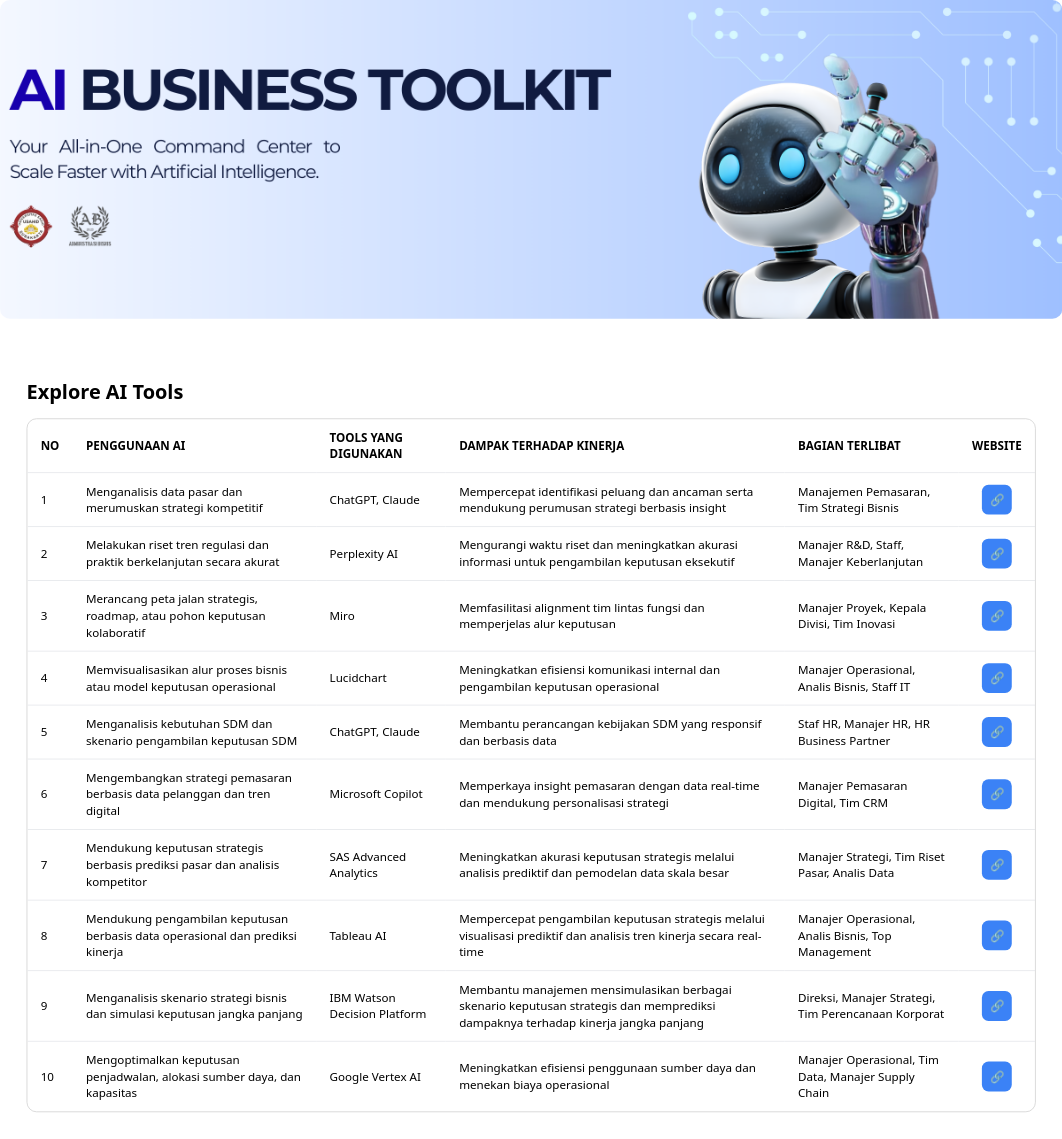
Repository: MUHAMADTEGARWIJAYA/AI-BUSINESS-TOOLKIT
Page: /ai/strategi
These files come from the project's save history. The page is drawn as it stood at one moment and after the next save; the edit follows.
The browser window is 1280 px wide. The pictures show the whole page, at 83% of full size.
The project was rebuilt for these pictures with package versions that can differ from the ones it lists, and the page was loaded fresh each time. Also part of the build but not shown: vite.config.js, src/views/NamaFloating.vue, src/views/FooterView.vue, src/views/HomeView.vue, src/views/AiOperansional.vue, src/views/AiSdm.vue, src/views/AiPemasaran.vue, src/views/TestAurora.vue and 1 more. Imported but missing from the stored project, and not drawn on this page: src/component/Aurora/Aurora.vue.

Above is the page before, as saved 2026-01-11 19:35:56.

### index.html
<!DOCTYPE html>
<html lang="">
  <head>
    <meta charset="UTF-8">
    <link rel="icon" href="/favicon.ico">
    <meta name="viewport" content="width=device-width, initial-scale=1.0">
    <title>AI Tools Kit</title>
  </head>
  <body>
    <div id="app"></div>
    <script type="module" src="/src/main.js"></script>
  </body>
</html>

### src/router/index.js
import { createRouter, createWebHistory } from 'vue-router'
import HomeView from '../views/HomeView.vue'
import AiOperansional from '../views/AiOperansional.vue'
import AiSdm from '../views/AiSdm.vue'
import AiStrategi from '../views/AiStrategi.vue'
import AiPemasaran from '@/views/AiPemasaran.vue'
import TestAurora from '@/views/TestAurora.vue'
import AiKeuanganAkuntansi from '@/views/AiKeuanganAkuntansi.vue'
const router = createRouter({
  history: createWebHistory(import.meta.env.BASE_URL),
  routes: [
    {
      path: '/test',
      name: 'test',
      component: TestAurora,
    },
    {
      path: '/',
      name: 'home',
      component: HomeView,
    },
    {
      path: '/ai/operasional',
      name: 'ai-operansional',
      component: AiOperansional,
    },
    {
      path: '/ai/sdm',
      name: 'ai-sdm',
      component: AiSdm,
    },
    {
      path: '/ai/strategi',
      name: 'ai-strategi',
      component: AiStrategi,
    },
    {
      path: '/ai/pemasaran',
      name: 'ai-pemasaran',
      component: AiPemasaran,
    },
    {
      path: '/ai/keuangan',
      name: 'ai-keuangan',
      component: AiKeuanganAkuntansi,
    },

  ],
})

export default router

### src/views/AiStrategi.vue
<script setup>
import { aistrategi } from '@/data/data.js'
</script>

<template>
  <div class="min-h-screen bg-white">
    <div class="w-full max-w-full mb-10">
      <!-- Background Image -->
      <div
        class="w-full h-96 rounded-xl bg-cover bg-no-repeat bg-center"
        style="background-image: url('/ai.png')"
      ></div>
    </div>

    <div class="p-8">
      <h1 class="text-black text-2xl font-bold mb-4">Explore AI Tools</h1>
      <div class="overflow-x-auto border bg-white border-neutral-300 rounded-xl">
        <table class="min-w-full text-sm text-left">
          <!-- Header -->
          <thead class="text-black uppercase">
            <tr>
              <th class="px-4 py-3">No</th>
              <th class="px-4 py-3">Penggunaan AI</th>
              <th class="px-4 py-3">Tools yang Digunakan</th>
              <th class="px-4 py-3">Dampak terhadap Kinerja</th>
              <th class="px-4 py-3">Bagian Terlibat</th>
              <th class="px-4 py-3 text-center">Website</th>
            </tr>
          </thead>

          <!-- Body -->
          <tbody>
            <tr v-for="(item, index) in aistrategi" :key="item.id" class="border-t transition">
              <td class="px-4 py-3 text-black">
                {{ index + 1 }}
              </td>
              <td class="px-4 py-3 text-black font-medium">
                {{ item.usage }}
              </td>
              <td class="px-4 py-3 text-black">
                {{ item.tools }}
              </td>
              <td class="px-4 py-3 text-black">
                {{ item.impact }}
              </td>
              <td class="px-4 py-3 text-black">
                {{ item.department }}
              </td>
              <td class="px-4 py-3 text-center">
                <a
                  :href="item.link"
                  target="_blank"
                  class="inline-flex items-center py-2 px-2 text-white justify-center w-9 h-9 rounded-lg bg-blue-500 hover:bg-blue-400 transition"
                >
                  🔗
                </a>
              </td>
            </tr>
          </tbody>
        </table>
      </div>
    </div>
  </div>
</template>

Loaded but not shown: src/main.js (common file); src/assets/main.css (common file); src/App.vue (common file); tailwind.config.js (common file); src/data/data.js (684 lines, source omitted)

After the next save:
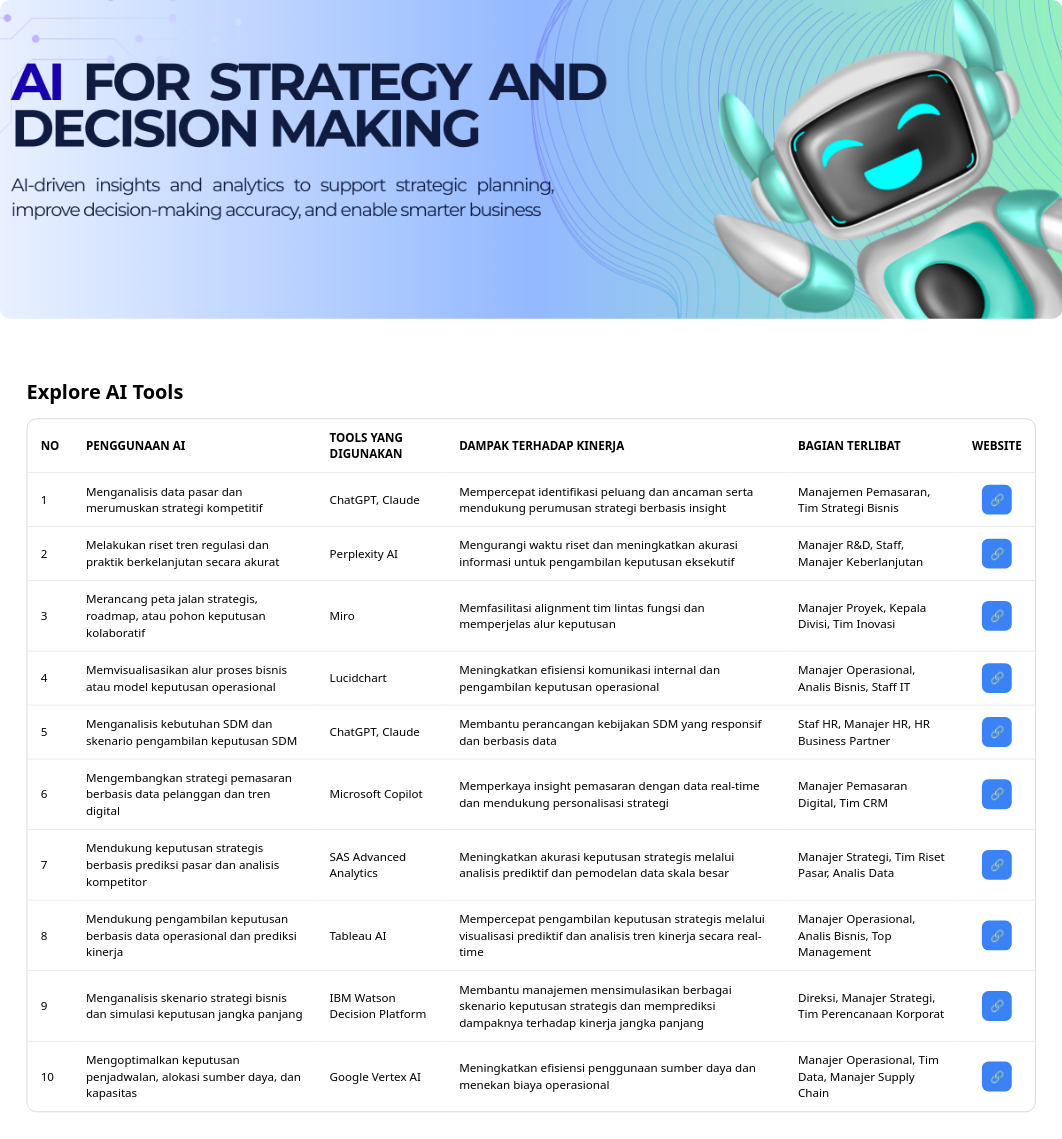
Saved 17 s later.
--- a/src/views/AiStrategi.vue
+++ b/src/views/AiStrategi.vue
@@ -8,7 +8,7 @@
       <!-- Background Image -->
       <div
         class="w-full h-96 rounded-xl bg-cover bg-no-repeat bg-center"
-        style="background-image: url('/ai.png')"
+        style="background-image: url('/Devisi\ Strategi\ kelompok\ 5.png')"
       ></div>
     </div>
 
